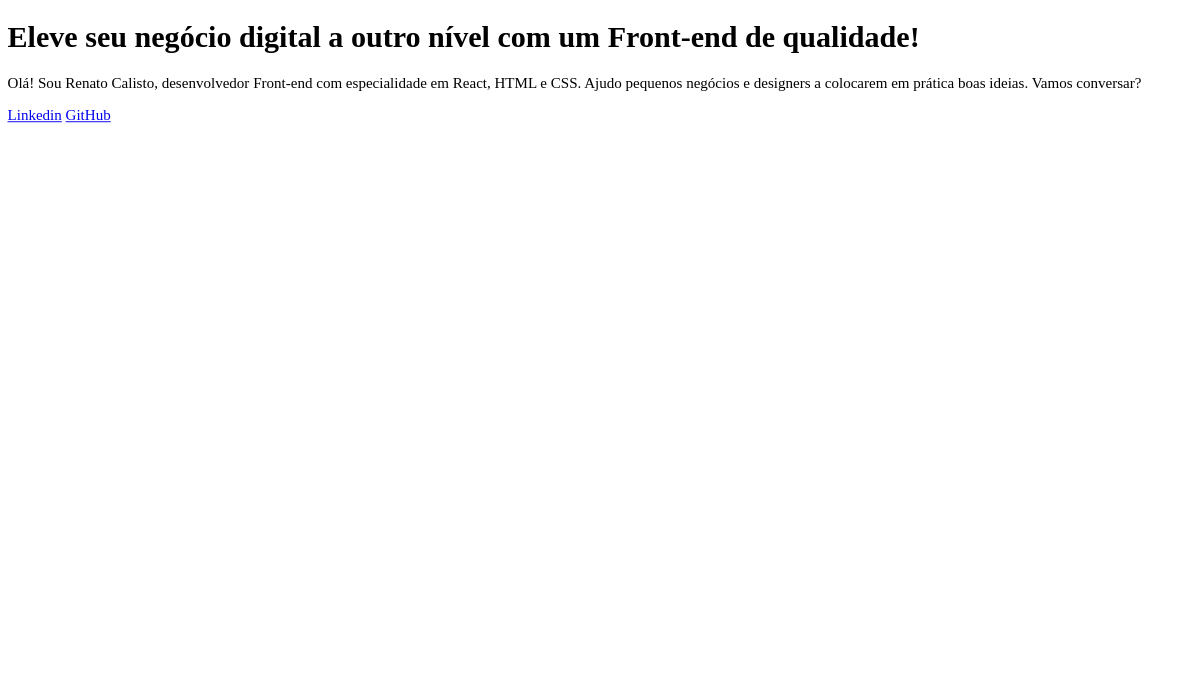
Repository: RenatoCCS/Portfolio_Alura
Page: index.html
An editor plug-in stored every save of this project. The page is shown before and after the next save, followed by the edit.
The browser window is 1280 px wide. The pictures show the whole page, at 94% of full size.

Above is the page before, as saved 2023-02-23 18:37:32.

### index.html
<!DOCTYPE html>
<html lang="pt-br">
  <head>
    <meta charset="UTF-8" />
    <meta http-equiv="X-UA-Compatible" content="IE=edge" />
    <meta name="viewport" content="width=device-width, initial-scale=1.0" />
    <title>POrtfolio</title>
  </head>
  <body>
    <header></header>
    <main>
      <h1>
        Eleve seu negócio digital a outro nível
        <strong> com um Front-end de qualidade! </strong>
      </h1>
      <p>
        Olá! Sou Renato Calisto, desenvolvedor Front-end com especialidade em
        React, HTML e CSS. Ajudo pequenos negócios e designers a colocarem em
        prática boas ideias. Vamos conversar?
      </p>
      <a href="https://www.linkedin.com/in/renatocalisto/">Linkedin</a>
      <a href="https://github.com/RenatoCCS">GitHub</a>
      <img src="" alt="" />
    </main>
    <footer></footer>
  </body>
</html>

After the next save:
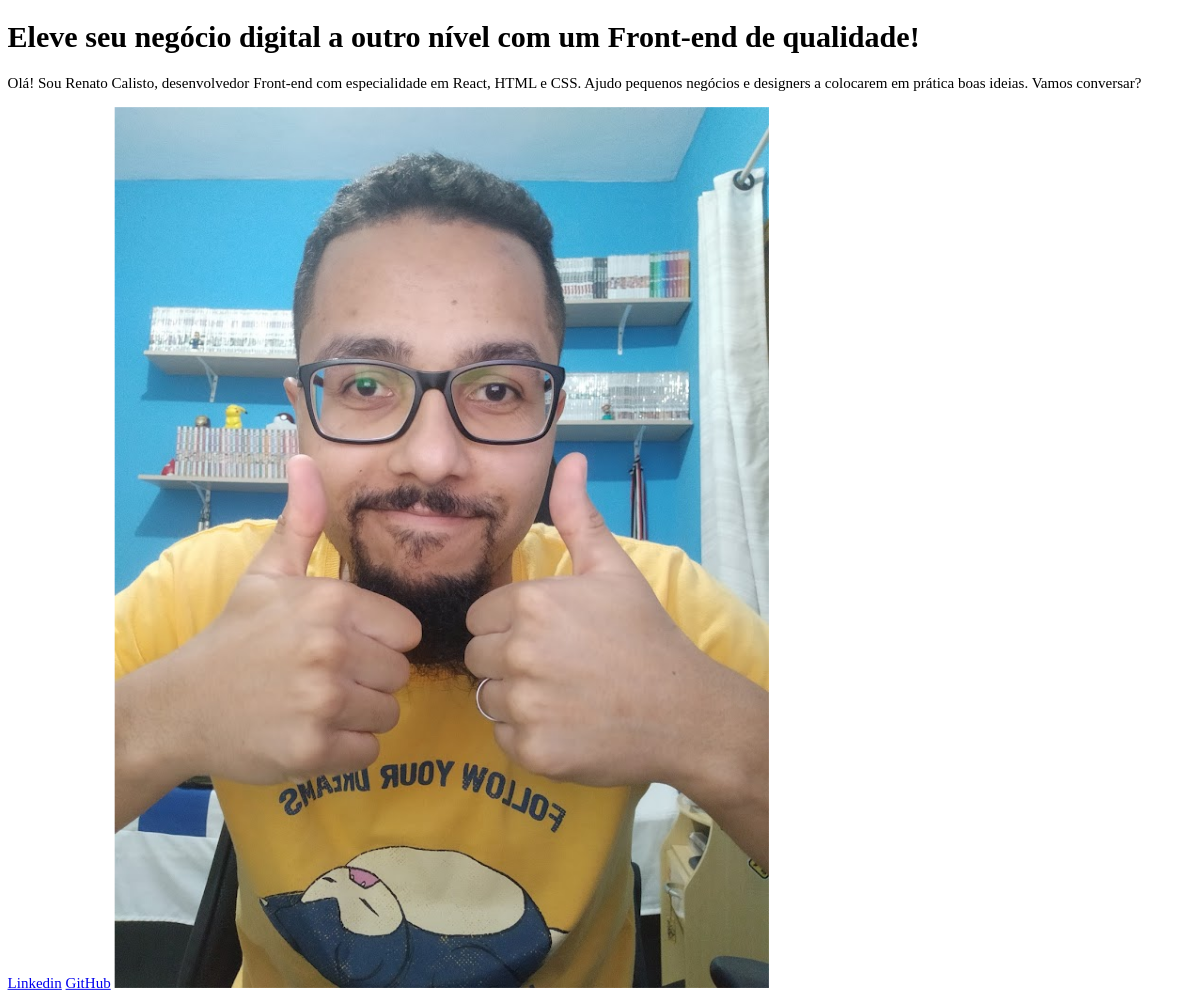
Saved 8 min 40 s later.
--- a/index.html
+++ b/index.html
@@ -20,7 +20,7 @@
       </p>
       <a href="https://www.linkedin.com/in/renatocalisto/">Linkedin</a>
       <a href="https://github.com/RenatoCCS">GitHub</a>
-      <img src="" alt="" />
+      <img src="renato.jpg" alt="" />
     </main>
     <footer></footer>
   </body>
